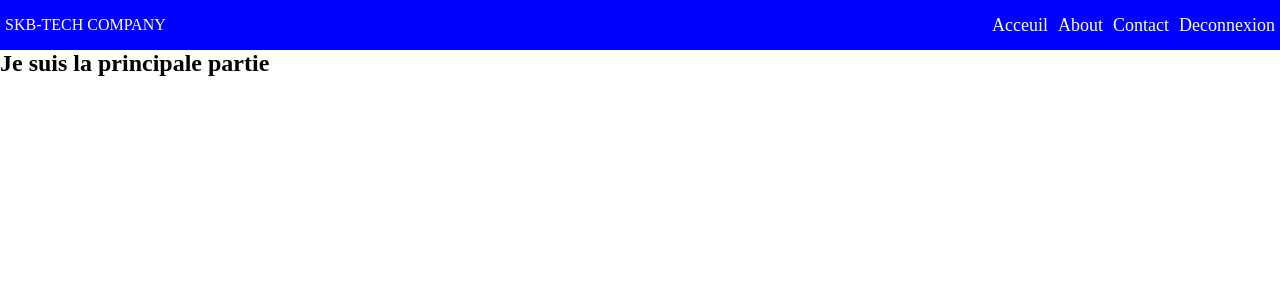
Repository: SKB-TECH/projetExpress
Page: http://localhost/
The author's editor kept a copy of each file at every save. The page is drawn from the files as they stood at one save, then again after the next save.
The browser window is 1280 px wide. The pictures show the whole page.
The page is served by the project's Node server (server.js).

Above is the page before, as saved 2022-10-21 15:25:55.

After the next save:
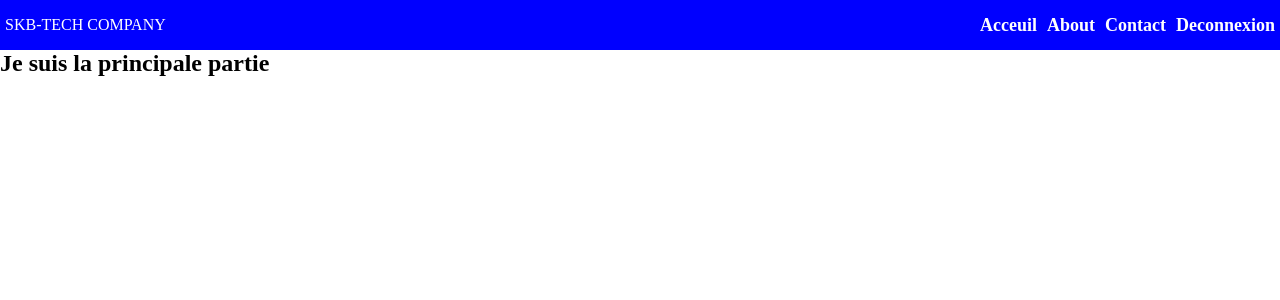
Saved 12 s later.
--- a/assets/css/style.css
+++ b/assets/css/style.css
@@ -32,5 +32,5 @@ ul {
 a {
     text-decoration: none;
     color: #ffffff;
-    font-weight: 400;
+    font-weight: 600;
 }
